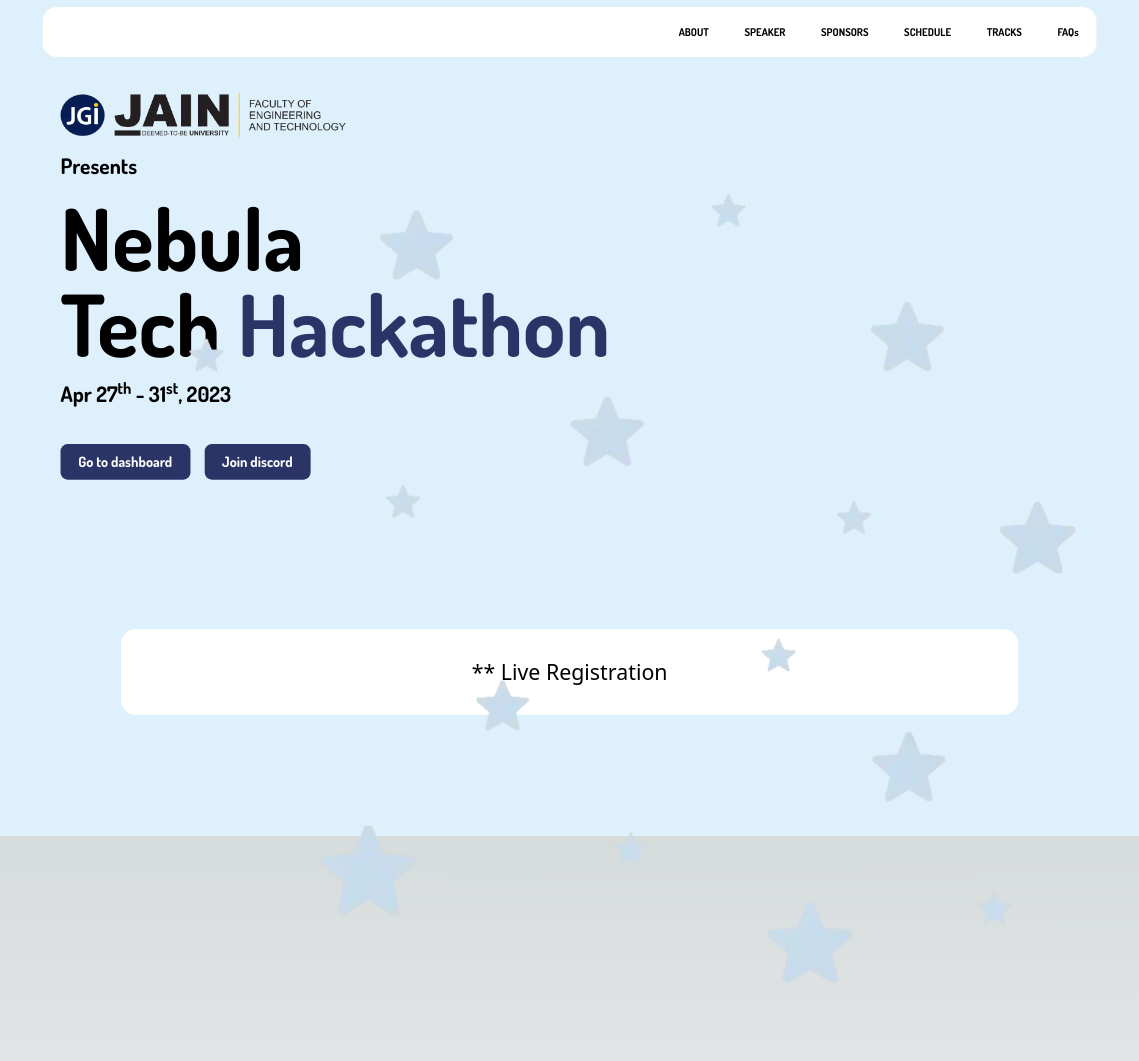
Repository: meankitdas/nebula-hackathon-advance-UI
Page: /
These files come from the project's save history. The page is drawn as it stood at one moment and after a run of saves; the edit follows.
The browser window is 1280 px wide. The pictures show the whole page, at 89% of full size.
The project was rebuilt for these pictures with package versions that can differ from the ones it lists, and the page was loaded fresh each time. The framework's server and built-in components were replaced by stand-ins that run in the browser. Also part of the build but not shown: next.config.js.

Above is the page before, as saved 2022-12-21 16:39:37.

### pages/index.js
import Head from "next/head";
import Image from "next/image";
import stars from "../public/stars.webp";
import jain from "../public/jain_logo.webp";
import { isMobile } from "react-device-detect";

import Navbar from "../components/navbar";

export default function Home() {
  return (
    <>
      <Head>
        <title>Create Next App</title>
        <meta name="description" content="Generated by create next app" />
        <meta name="viewport" content="width=device-width, initial-scale=1" />
        <link rel="icon" href="/favicon.ico" />
      </Head>
      <main className="bg-primary text-black">
        <section className=" min-h-screen p-2 ">
          {/* we will suspend it in small screen */}

          <nav className="bg-white min-w-screen h-14 mx-10 rounded-2xl font-dosis text-black text-xs overflow-hidden hidden lg:block md:block">
            <Navbar />
          </nav>

          <Image
            src={stars}
            alt="stars"
            className="md:w-auto md:h-auto absolute md:right-0 md:mt-0 mt-80 hidden md:block  "
          />

          <div className="p-10 mb-4 md:ml-5 ml-0">
            <div className="  text-black">
              <div className="mb-4 ">
                <Image src={jain} alt="jain" className="w-80 z-20 " />
              </div>
              <h2 className="text-2xl font-dosis mb-4 ">Presents</h2>
              <div className="mb-4 font-dosis md:text-8xl text-6xl">
                <h1 className="">Nebula</h1>
                <h1 className="">
                  Tech <span className="text-secondary">Hackathon</span>
                </h1>
              </div>
              <h2 className="text-2xl font-dosis mb-4 ">
                Apr 27<sup>th</sup> - 31<sup>st</sup>, 2023
              </h2>
            </div>

            {/* button */}

            <div className=" font-dosis md:mt-10 mt-28 z-20 text-white ">
              <button className="bg-secondary p-2 pl-5 pr-5 md:mr-4 mr-2 rounded-lg">
                Go to dashboard
              </button>
              <button className="bg-secondary p-2 pl-5 pr-5 rounded-lg">
                Join discord
              </button>
            </div>
          </div>

          {/* live section */}

          <div className="flex justify-center items-center h-24 overflow-hidden md:m-32 m-10 bg-white rounded-2xl ">
              <h1 className="md:text-2xl text-base">** Live Registration</h1>
          </div>
        </section>
      </main>
    </>
  );
}

### styles/globals.css
@import url('https://fonts.googleapis.com/css2?family=Dosis:wght@700&display=swap');

@tailwind base;
@tailwind components;
@tailwind utilities;
:root {
  --max-width: 1100px;
  --border-radius: 12px;
  --font-mono: ui-monospace, Menlo, Monaco, "Cascadia Mono", "Segoe UI Mono",
    "Roboto Mono", "Oxygen Mono", "Ubuntu Monospace", "Source Code Pro",
    "Fira Mono", "Droid Sans Mono", "Courier New", monospace;

  --foreground-rgb: 0, 0, 0;
  --background-start-rgb: 214, 219, 220;
  --background-end-rgb: 255, 255, 255;

  --primary-glow: conic-gradient(
    from 180deg at 50% 50%,
    #16abff33 0deg,
    #0885ff33 55deg,
    #54d6ff33 120deg,
    #0071ff33 160deg,
    transparent 360deg
  );
  --secondary-glow: radial-gradient(
    rgba(255, 255, 255, 1),
    rgba(255, 255, 255, 0)
  );

  --tile-start-rgb: 239, 245, 249;
  --tile-end-rgb: 228, 232, 233;
  --tile-border: conic-gradient(
    #00000080,
    #00000040,
    #00000030,
    #00000020,
    #00000010,
    #00000010,
    #00000080
  );

  --callout-rgb: 238, 240, 241;
  --callout-border-rgb: 172, 175, 176;
  --card-rgb: 180, 185, 188;
  --card-border-rgb: 131, 134, 135;
}

@media (prefers-color-scheme: dark) {
  :root {
    --foreground-rgb: 255, 255, 255;
    --background-start-rgb: 0, 0, 0;
    --background-end-rgb: 0, 0, 0;

    --primary-glow: radial-gradient(rgba(1, 65, 255, 0.4), rgba(1, 65, 255, 0));
    --secondary-glow: linear-gradient(
      to bottom right,
      rgba(1, 65, 255, 0),
      rgba(1, 65, 255, 0),
      rgba(1, 65, 255, 0.3)
    );

    --tile-start-rgb: 2, 13, 46;
    --tile-end-rgb: 2, 5, 19;
    --tile-border: conic-gradient(
      #ffffff80,
      #ffffff40,
      #ffffff30,
      #ffffff20,
      #ffffff10,
      #ffffff10,
      #ffffff80
    );

    --callout-rgb: 20, 20, 20;
    --callout-border-rgb: 108, 108, 108;
    --card-rgb: 100, 100, 100;
    --card-border-rgb: 200, 200, 200;
  }
}

* {
  box-sizing: border-box;
  padding: 0;
  margin: 0;
}

html,
body {
  max-width: 100vw;
  overflow-x: hidden;
}

body {
  color: rbg(--foreground-rgb);
  background: linear-gradient(
      to bottom,
      transparent,
      rgb(var(--background-end-rgb))
    )
    rgb(var(--background-start-rgb));
}

a {
  color: inherit;
  text-decoration: none;
}

@media (prefers-color-scheme: dark) {
  html {
    color-scheme: dark;
  }
}

### components/navbar.js
export default function Navbar() {
  return (
    <>
      <div className="flex justify-end h-full align-middle items-center">
        <div className="flex items-center ">
          <div className="flex items-center">
            <a href="#about">
              <h1 className="p-5">ABOUT</h1>
            </a>

            <a href="#speaker">
              <h1 className="p-5">SPEAKER</h1>
            </a>
            <a href="#sponsors">
              <h1 className="p-5">SPONSORS</h1>
            </a>
            <a href="#schedule">
              <h1 className="p-5">SCHEDULE</h1>
            </a>
            <a href="#tracks">
              <h1 className="p-5">TRACKS</h1>
            </a>
            <a href="#faqs">
              <h1 className="p-5">FAQs</h1>
            </a>
          </div>
        </div>
      </div>
    </>
  );
}

### tailwind.config.js
/** @type {import('tailwindcss').Config} */

const defaultTheme = require("tailwindcss/defaultTheme");

module.exports = {
  content: [
    "./pages/**/*.{js,ts,jsx,tsx}",
    "./components/**/*.{js,ts,jsx,tsx}",
  ],
  theme: {
    extend: {
      colors: {
        primary: "#DDF0FC",
        secondary: "#2B3467",
        ...defaultTheme.colors,
      },
      fontFamily: {
        dosis: ["Dosis", "sans-serif"],
      },
    },
  },
  plugins: [],
};

Loaded but not shown: pages/_app.js (common file); pages/_document.js (common file)

After the next 3 saves:
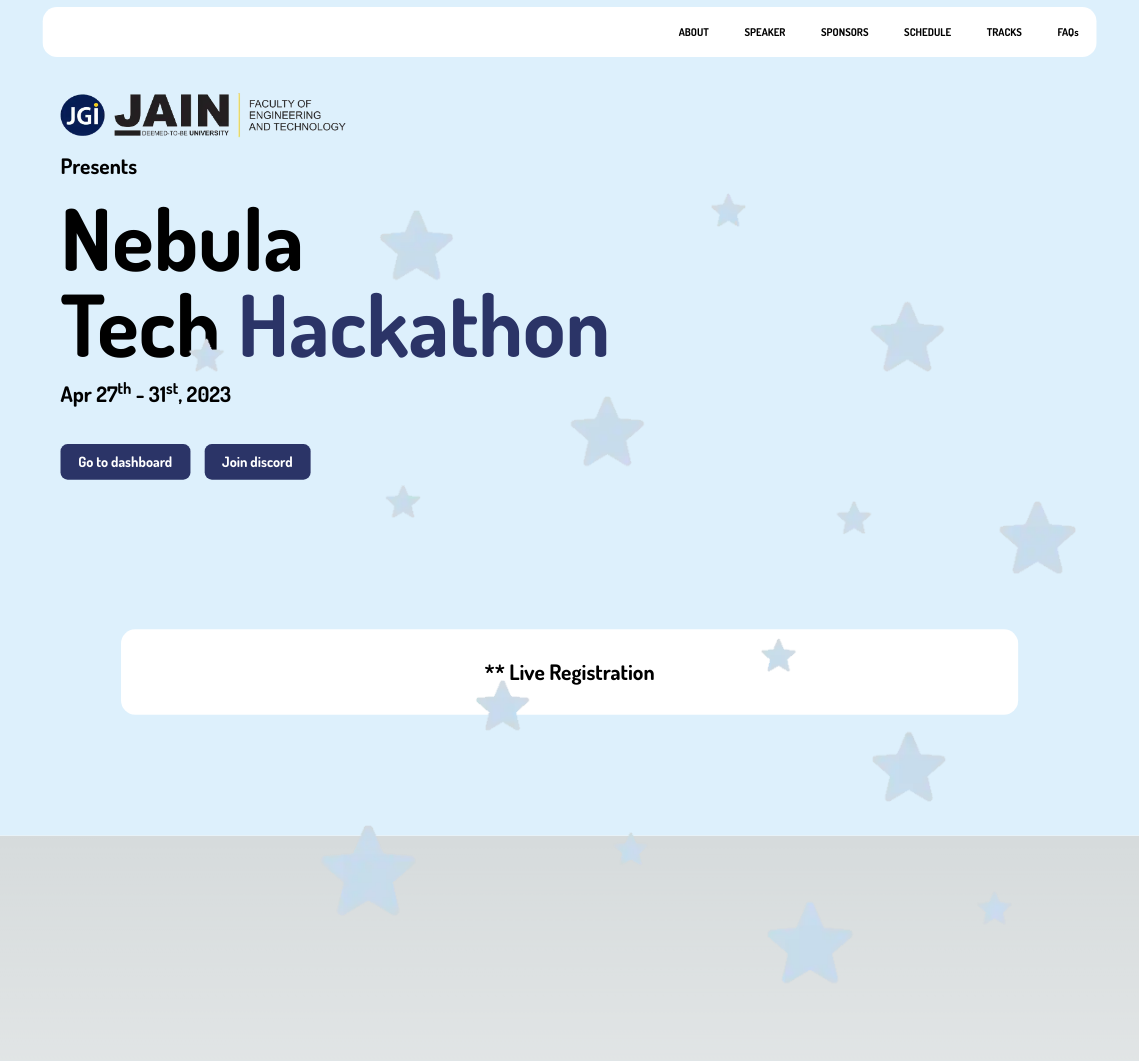
The 3 saves are shown as one change because they came seconds apart.
The last was saved 19 s later.
--- a/pages/index.js
+++ b/pages/index.js
@@ -15,7 +15,7 @@
         <meta name="viewport" content="width=device-width, initial-scale=1" />
         <link rel="icon" href="/favicon.ico" />
       </Head>
-      <main className="bg-primary text-black">
+      <main className="bg-primary text-black font-dosis">
         <section className=" min-h-screen p-2 ">
           {/* we will suspend it in small screen */}
 
